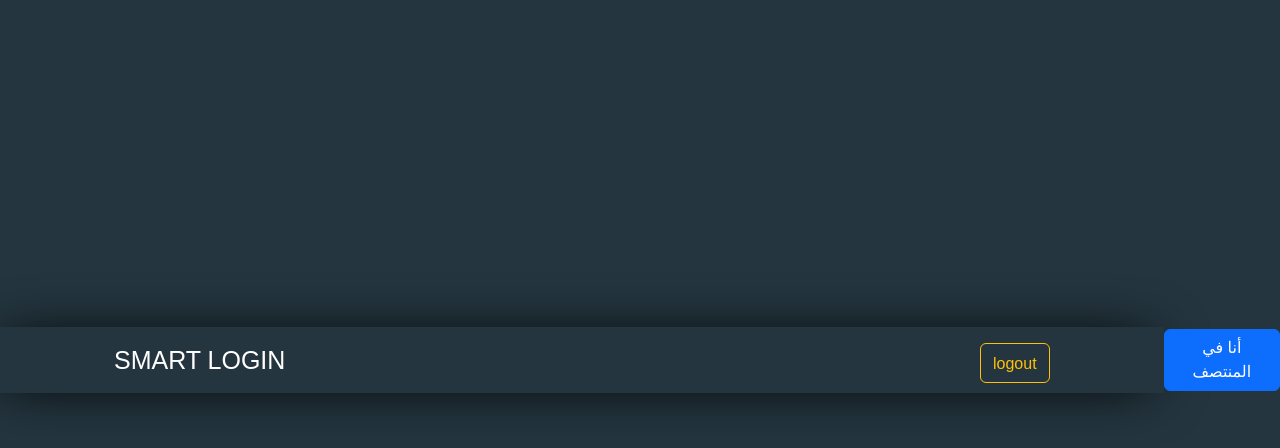
Repository: bodajava/TASK-4
Page: theerdIndex.html
These files come from the project's save history. The page is drawn as it stood at one moment and after the next save; the edit follows.
The browser window is 1280 px wide. The pictures show the whole page.

Above is the page before, as saved 2025-06-18 20:03:48.

### theerdIndex.html
<!DOCTYPE html>
<html lang="en">
  <head>
    <link rel="stylesheet" href="CSS/all.min.css" />
    <link rel="stylesheet" href="CSS/bootstrap.css" />
    <link rel="stylesheet" href="CSS/style.css" />
    <meta charset="UTF-8" />
    <meta name="viewport" content="width=device-width, initial-scale=1.0" />
    <title>Document</title>
  </head>
  <body>
    <div id="container" class="container-fluid">
      <nav
        id="nav"
        class="container navbar navbar-expand-lg bg-body-tertiary pt-0 pb-0"
      >
        <div class="container-fluid">
          <a id="margen" class="navbar-brand" href="#">SMART LOGIN</a>

          <button
            class="navbar-toggler"
            type="button"
            data-bs-toggle="collapse"
            data-bs-target="#navbarSupportedContent"
            aria-controls="navbarSupportedContent"
            aria-expanded="false"
            aria-label="Toggle navigation"
          >
            <span class="navbar-toggler-icon"></span>
          </button>

          <div class="collapse navbar-collapse" id="navbarSupportedContent">
            <ul class="navbar-nav ms-auto mb-2 mb-lg-0">
              <li>
                <a
                  class="pt-2 mt-3 btn btn-outline-warning w-100 d-flex align-items-center"
                  href=""
                  >logout</a
                >
              </li>
            </ul>
          </div>
        </div>
      </nav>
    </div>
    <div class="d-flex justify-content-center align-items-center vh-100">
      <div class="text-center">
        <button class="btn btn-primary">أنا في المنتصف</button>
      </div>
    </div>
    <script src="js/bootstrap.bundle.min.js"></script>
    <script src="js/index.js"></script>
  </body>
</html>

### CSS/style.css
* {
  padding: 0;
  margin: 0;
  box-sizing: border-box;
}

body {
  background-color: #24353f;
  display: flex;
  justify-content: center;
  align-items: center;
  font-family: Arial, sans-serif;
}

#item {
  margin-top: 60px;
  margin-left: 390px;
  margin-right: 390px;
  padding-left: 15px;
  padding-right: 15px;
}

#item2 {
  box-shadow: -5px 2px 54px -9px rgba(0, 0, 0, 1);
  margin-left: 138.75px;
  margin-right: 138.75px;
  padding-left: 60px;
  padding-right: 60px;
  padding-top: 60px;
  padding-bottom: 60px;
}

h1 {
  color: #189bb1;
}

.anchor {
  text-decoration: none;
}

.anchor:hover {
  text-decoration: underline;
}

.paragraph {
  font-size: 20px;
  line-height: 30px;
  font-weight: 400;
  color: white;
}

.paragraph a {
  font-size: 20px;
  line-height: 30px;
  font-weight: 400;
  color: white;
}

.form-control {
  background-color: #24353f;
  border: 1px solid white;
  color: #fff;
  border-radius: 5px;
}

.form-control::placeholder {
  color: #a0a0a0;
}

.form-control:focus {
  background-color: #24353f;
  color: #fff;
  border-color: #189bb1;
  outline: none;
  box-shadow: none;
}

.btnn {
  text-decoration: none;
  color: #189bb1;
}

.btnn:hover {
  color: white;
}

#box {
  box-shadow: -5px 2px 54px -9px rgba(0, 0, 0, 1);
}

#nav {
  background-color: #24353f !important;
}

#container {
  box-shadow: -5px 2px 54px -9px rgba(0, 0, 0, 1);
}

#margen {
  margin-left: 90px;
  font-size: 25px;
  line-height: 38px;
  font-weight: 400;
  color: white;
}

ul li {
  margin-right: 90px;
  padding-bottom: 10px;
}

Loaded but not shown: CSS/all.min.css (library); CSS/bootstrap.css (library); js/bootstrap.bundle.min.js (library); js/index.js (no copy from this time; the picture is the same without it)

After the next save:
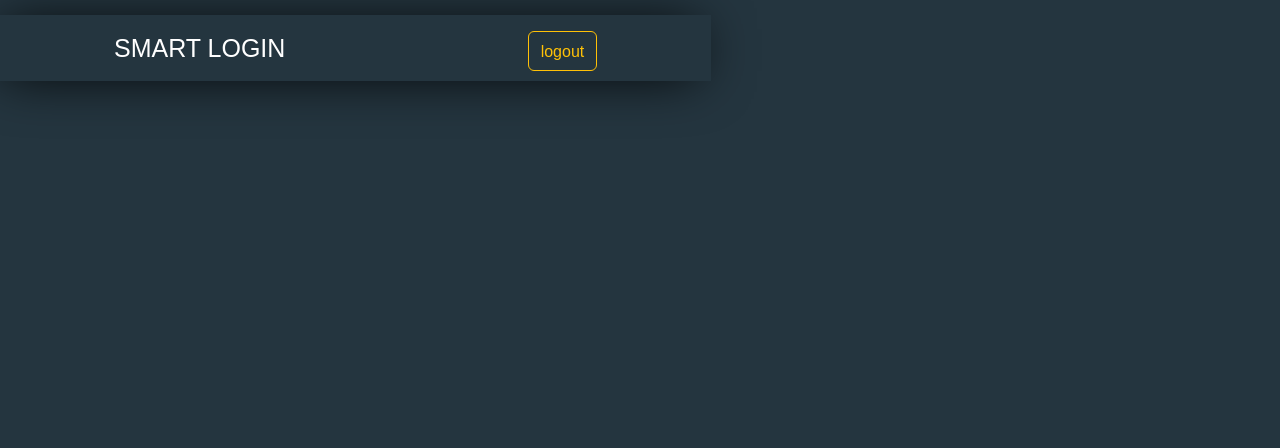
Saved 4 min 41 s later.
--- a/theerdIndex.html
+++ b/theerdIndex.html
@@ -43,11 +43,7 @@
         </div>
       </nav>
     </div>
-    <div class="d-flex justify-content-center align-items-center vh-100">
-      <div class="text-center">
-        <button class="btn btn-primary">أنا في المنتصف</button>
-      </div>
-    </div>
+    <div id="booox" class="group m-auto w-75 p-5"></div>
     <script src="js/bootstrap.bundle.min.js"></script>
     <script src="js/index.js"></script>
   </body>
